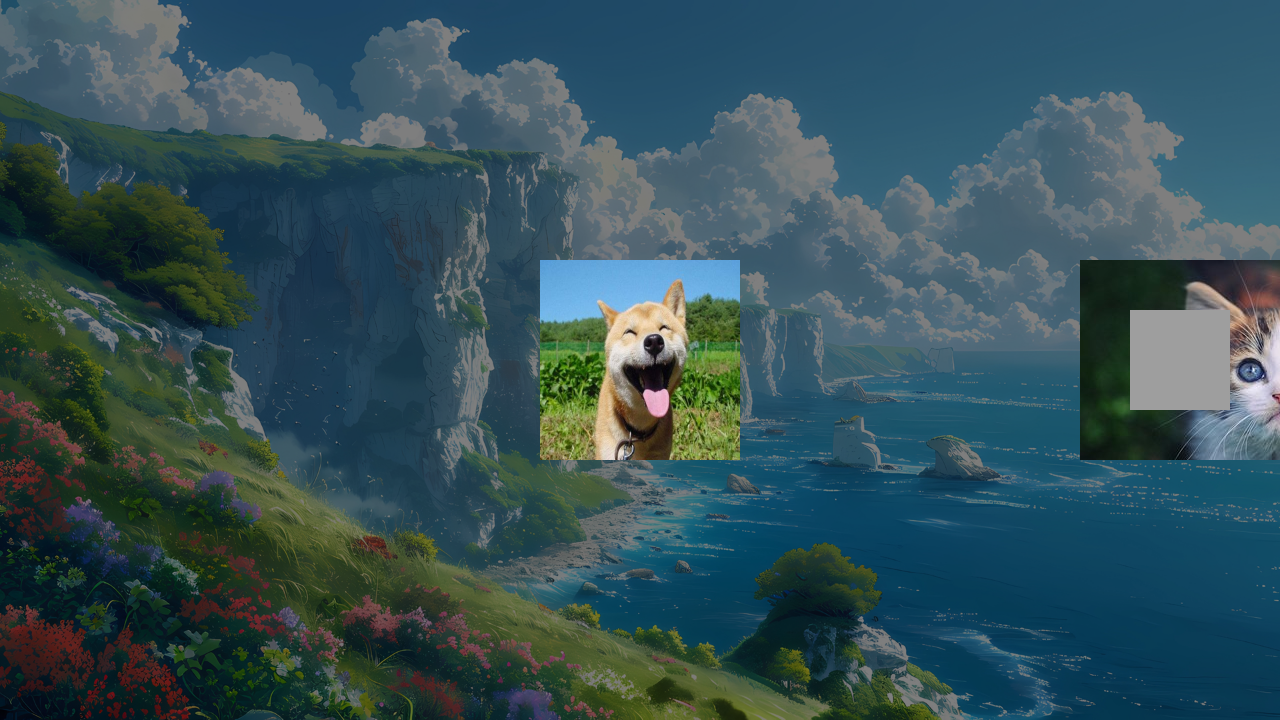
Repository: taoxiaofeng/hello-javascript
Page: master-class/position.html
The author's editor kept a copy of each file at every save. The page is drawn from the files as they stood at one save, then again after the next save.
The browser window is 1280 px wide. The pictures show the window.
Pictures or frames that could not be fetched are drawn as grey boxes. A layer covers the whole window, so only the first screen is drawn.

Above is the page before, as saved 2024-07-29 22:01:23.

After the next save:
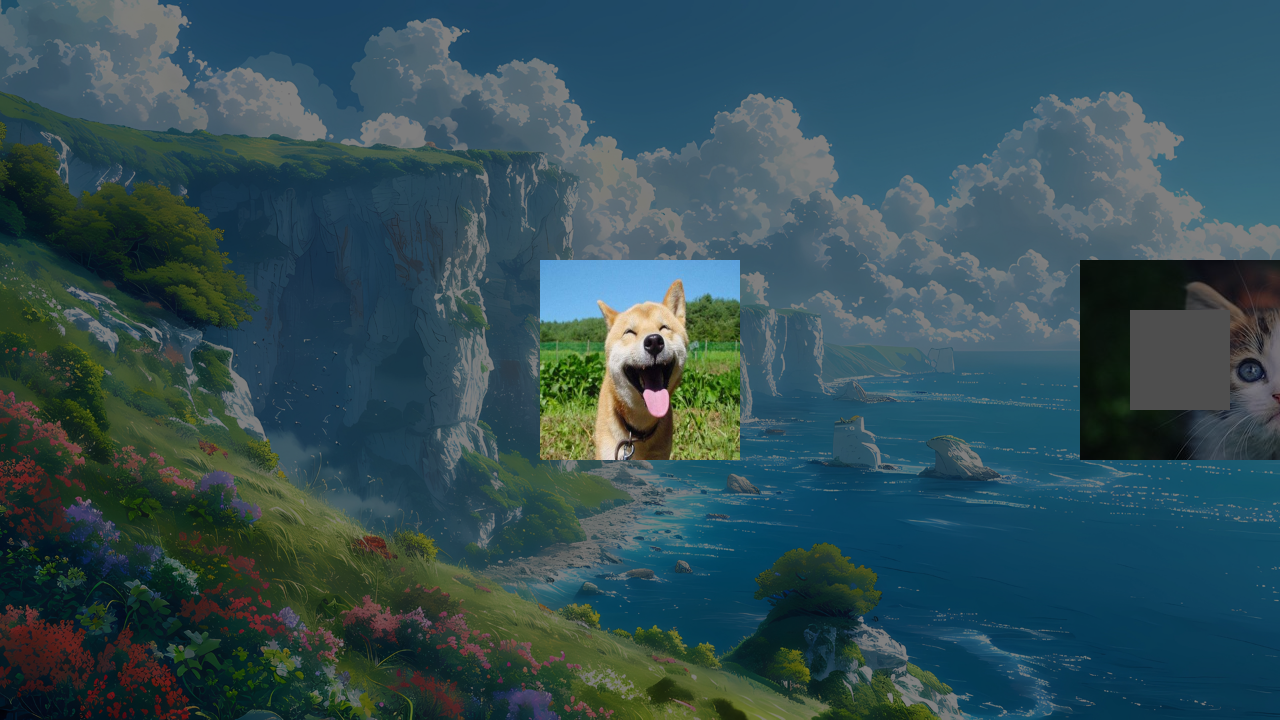
Saved 29 s later.
--- a/master-class/position.html
+++ b/master-class/position.html
@@ -26,6 +26,7 @@
       bottom: 0;
       left: 0;
       background: rgba(0, 0, 0, 0.5);
+      z-index: 5;
     }
 
     .dog {
